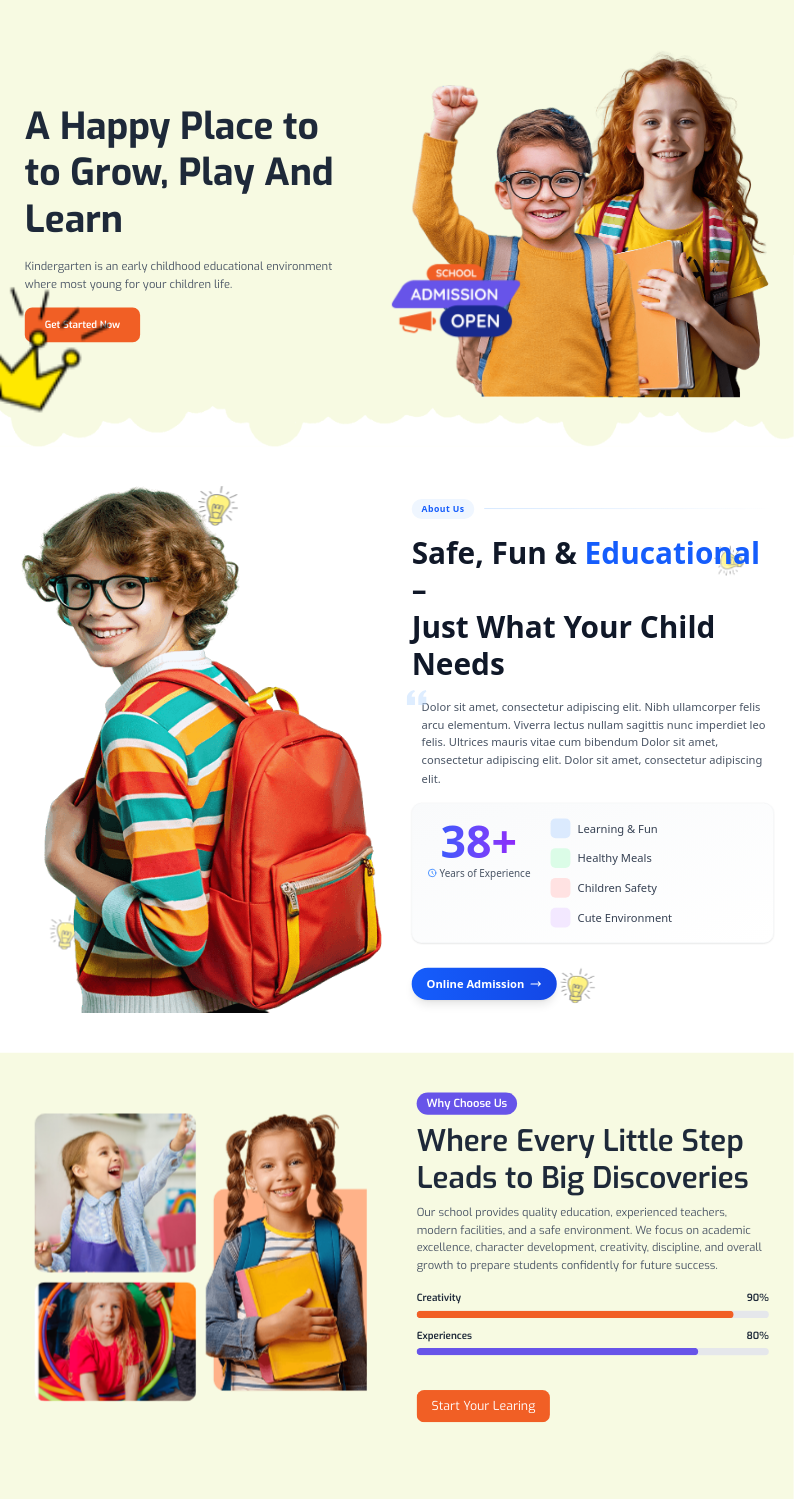
Repository: deepak445566/school
Page: / (app in okwork/)
An editor plug-in stored every save of this project. The page is shown before and after the next save, followed by the edit.
The browser window is 1280 px wide. The pictures show the whole page, at 62% of full size.
Some web fonts or font styles are not loaded; a fallback is used. The project was rebuilt for these pictures with package versions that can differ from the ones it lists, and the page was loaded fresh each time. Some packages were replaced by stand-ins written for this rebuild. Also part of the build but not shown: okwork/vite.config.js.

Above is the page before, as saved 2026-02-18 19:08:40.

### okwork/index.html
<!doctype html>
<html lang="en">
  <head>
    <meta charset="UTF-8" />
    <link rel="icon" type="image/svg+xml" href="/vite.svg" />
    <meta name="viewport" content="width=device-width, initial-scale=1.0" />
    <title>okwork</title>
    <link rel="preconnect" href="https://fonts.googleapis.com">
<link rel="preconnect" href="https://fonts.gstatic.com" crossorigin>
<link href="https://fonts.googleapis.com/css2?family=Abril+Fatface&family=Alan+Sans:wght@300..900&family=Big+Shoulders:opsz,wght@10..72,100..900&family=Exo+2:ital,wght@0,100..900;1,100..900&family=Exo:ital,wght@0,100..900;1,100..900&family=Montserrat:ital,wght@0,100..900;1,100..900&family=Orbitron:wght@400..900&family=Poppins:ital,wght@0,100;0,200;0,300;0,400;0,500;0,600;0,700;0,800;0,900;1,100;1,200;1,300;1,400;1,500;1,600;1,700;1,800;1,900&family=Prata&family=Rajdhani:wght@300;400;500;600;700&display=swap" rel="stylesheet">
  </head>
  <body>
    <div id="root"></div>
    <script type="module" src="/src/main.jsx"></script>
  </body>
</html>

### okwork/src/index.css
@import "tailwindcss";


.exo {
  font-family: "Exo", sans-serif;

  font-style: normal;
}

### okwork/src/App.jsx
import React from 'react'
import Home from './components/Home'
import About from './components/About'
import WhyChooseUs from './components/WhyChooseUs'

function App() {
  return (
    <>
    <Home/>
    <About/>
    <WhyChooseUs/>
    </>
  )
}

export default App

### okwork/src/components/Home.jsx
import React from "react";

const Home = () => {
  // Image URL - using a high-quality free image
  const imageUrl =
    "/images/hero1.png";
  const kalagiImageUrl = "/images/text.png";
  return (
    <div className="min-h-screen bg-[#F7FAE2] overflow-hidden exo relative ">
      {/* Main container - centered with responsive padding */}
      <div className="container mx-auto px-6 py-12 md:px-12 lg:px-10 min-h-screen flex items-center relative z-10">

        {/* Flex container: column on mobile, row on desktop */}
        <div className="flex flex-col md:flex-row items-center gap-12 lg:gap-5 w-full">

          {/* LEFT SECTION: 40% width */}
          <div className="w-full md:w-[45%] text-center md:text-left space-y-6 md:space-y-6">
            {/* Heading with gradient effect */}
            <h1 className="text-4xl text-gray-800 md:text-5xl lg:text-6xl font-bold leading-tight exo">
             A Happy Place to
              <br />
              <span className="text-gray-800">to Grow, Play And </span>
              <br />
              <span className="text-gray-800">   Learn</span>
            </h1>

            {/* Paragraph description */}
            <p className="text-lg md:text-lg text-gray-600 max-w-2xl mx-auto md:mx-0">
           Kindergarten is an early childhood educational environment where
most young for your children life.
            </p>

            {/* Button with hover effects */}
            <div className="flex justify-center md:justify-start">
              <button className="group relative px-8 py-4 bg-[#F15F25] text-white font-semibold rounded-xl float hover:shadow-xl hover:transform hover:-translate-y-1 transition-all duration-300 ease-in-out">
                <span className="relative z-10">Get Started Now</span>
              </button>
            </div>
          </div>

          {/* RIGHT SECTION: 60% width */}
          <div className="w-full md:w-[55%] flex justify-center md:justify-end">
            <div className="relative w-full max-w-md lg:max-w-xl ">
              {/* Main image */}
              <img
                src={imageUrl}
                alt="Team collaboration in modern workspace"
                className="relative z-10 w-full h-auto rounded-2xl object-cover "
              />
               <img
                src={kalagiImageUrl}
                alt="Decorative element"
                className="absolute bottom-0 left-7 lg:left-0 z-20 w-24 h-24 md:w-52 md:h-52 object-contain -translate-x-4 -translate-y-4 animate-bounce-slow"
              />
            </div>
          </div>
        </div>

      </div>
        <div className=" absolute bottom-0  z-1000">
          <img src="/images/hero-line.png" className="w-full"/>
        </div>

      {/* Add custom animation keyframes */}
       <style jsx>{`
        @keyframes blob {
          0% { transform: translate(0px, 0px) scale(1); }
          33% { transform: translate(30px, -50px) scale(1.1); }
          66% { transform: translate(-20px, 20px) scale(0.9); }
          100% { transform: translate(0px, 0px) scale(1); }
        }

        @keyframes float {
          0% {
            transform: translateY(0px);
          }
          50% {
            transform: translateY(-20px);
          }
          100% {
            transform: translateY(0px);
          }
        }

        @keyframes bounce-slow {
          0%, 100% {
            transform: translate(-1rem, -1rem) translateY(0);
          }
          50% {
            transform: translate(-1rem, -1rem) translateY(-20px);
          }
        }

        .animate-blob {
          animation: blob 7s infinite;
        }

        .animate-float {
          animation: float 6s ease-in-out infinite;
        }

        .animate-bounce-slow {
          animation: bounce-slow 4s ease-in-out infinite;
        }

        .animation-delay-2000 {
          animation-delay: 2s;
        }
      `}</style>
    </div>
  );
};

export default Home;

### okwork/src/components/About.jsx
import React from 'react';

// Import images at the top for easy path management


const About = () => {
  const bulbIcon =
    "/images/tubelight.png";
    const starIcon =
    "/images/tubelight.png";
    const aboutImage =
    "/images/about-1.png";
  return (
    <div className="max-w-7xl mx-auto px-4 sm:px-6 lg:px-8 py-12 md:py-16 relative">
      {/* Animated elements - increased size */}
      <div className="absolute top-20 left-1/4 animate-bounce">
        <img src={bulbIcon} alt="bulb" className="w-16 h-16 opacity-50" />
      </div>
      <div className="absolute bottom-20 right-1/4 animate-pulse">
        <img src={starIcon} alt="star" className="w-14 h-14 opacity-50" />
      </div>
      <div className="absolute top-40 right-20 animate-spin-slow">
        <img src={starIcon} alt="star" className="w-12 h-12 opacity-40" />
      </div>
      <div className="absolute bottom-40 left-20 animate-float">
        <img src={bulbIcon} alt="bulb" className="w-14 h-14 opacity-40" />
      </div>

      <div className="flex flex-col lg:flex-row gap-8 lg:gap-12 items-center relative z-10">
        {/* Left side - Image */}
        <div className="lg:w-1/2 w-full">
          <img
            src={aboutImage}
            alt="About Us"
            className="w-full h-auto rounded-lg object-cover "
          />
        </div>

        {/* Right side - Content */}
        <div className="lg:w-1/2 w-full space-y-6">
          {/* About Us Label with decorative line */}
          <div className="flex items-center gap-4">
            <span className="text-sm font-semibold text-blue-600 tracking-wider bg-blue-50 px-4 py-1.5 rounded-full">
              About Us
            </span>
            <div className="h-px flex-1 bg-gradient-to-r from-blue-200 to-transparent"></div>
          </div>

          {/* Main Heading */}
          <h1 className="font-helvetica text-4xl md:text-5xl font-bold text-gray-900 leading-tight">
            Safe, Fun & <span className="text-blue-600">Educational</span> –<br />
            Just What Your Child Needs
          </h1>

          {/* Description with quote icon */}
          <div className="relative">
            <svg className="absolute -top-4 -left-2 w-8 h-8 text-blue-200 opacity-50" fill="currentColor" viewBox="0 0 24 24">
              <path d="M14.017 21v-7.391c0-5.704 3.731-9.57 8.983-10.609l.995 2.151c-2.432.917-3.995 3.638-3.995 5.849h4v10h-9.983zm-14.017 0v-7.391c0-5.704 3.748-9.57 9-10.609l.996 2.151c-2.433.917-3.996 3.638-3.996 5.849h3.983v10h-9.983z" />
            </svg>
            <p className="text-gray-600 text-base md:text-lg leading-relaxed pl-4">
              Dolor sit amet, consectetur adipiscing elit. Nibh ullamcorper felis arcu elementum.
              Viverra lectus nullam sagittis nunc imperdiet leo felis. Ultrices mauris vitae cum
              bibendum Dolor sit amet, consectetur adipiscing elit. Dolor sit amet, consectetur
              adipiscing elit.
            </p>
          </div>

          {/* Stats and Features - Improved UI */}
          <div className="bg-gradient-to-br from-gray-50 to-white p-6 rounded-2xl border border-gray-100 shadow-sm">
            <div className="flex flex-wrap items-start gap-8">
              {/* Left side - 38+ Experience with improved styling */}
              <div className="flex-shrink-0 text-center">
                <div className="text-6xl md:text-7xl font-bold text-transparent bg-clip-text bg-gradient-to-r from-blue-600 to-purple-600">
                  38+
                </div>
                <div className="text-gray-600 mt-1 font-medium flex items-center gap-1">
                  <svg className="w-4 h-4 text-blue-500" fill="none" stroke="currentColor" viewBox="0 0 24 24">
                    <path strokeLinecap="round" strokeLinejoin="round" strokeWidth={2} d="M12 8v4l3 3m6-3a9 9 0 11-18 0 9 9 0 0118 0z" />
                  </svg>
                  Years of Experience
                </div>
              </div>

              {/* Right side - Features list with improved styling */}
              <div className="space-y-4 flex-1">
                {/* Learning & Fun */}
                <div className="flex items-center gap-3 group hover:translate-x-1 transition-transform duration-300">
                  <div className="w-8 h-8 bg-blue-100 rounded-lg flex items-center justify-center group-hover:bg-blue-200 transition-colors">

                  </div>
                  <span className="text-gray-700 text-lg font-medium">Learning & Fun</span>
                </div>

                {/* Healthy Meals */}
                <div className="flex items-center gap-3 group hover:translate-x-1 transition-transform duration-300">
                  <div className="w-8 h-8 bg-green-100 rounded-lg flex items-center justify-center group-hover:bg-green-200 transition-colors">

                  </div>
                  <span className="text-gray-700 text-lg font-medium">Healthy Meals</span>
                </div>

                {/* Children Safety */}
                <div className="flex items-center gap-3 group hover:translate-x-1 transition-transform duration-300">
                  <div className="w-8 h-8 bg-red-100 rounded-lg flex items-center justify-center group-hover:bg-red-200 transition-colors">

                  </div>
                  <span className="text-gray-700 text-lg font-medium">Children Safety</span>
                </div>

                {/* Cute Environment */}
                <div className="flex items-center gap-3 group hover:translate-x-1 transition-transform duration-300">
                  <div className="w-8 h-8 bg-purple-100 rounded-lg flex items-center justify-center group-hover:bg-purple-200 transition-colors">

                  </div>
                  <span className="text-gray-700 text-lg font-medium">Cute Environment</span>
                </div>
              </div>
            </div>
          </div>

          {/* Online Admission Link with improved styling */}
          <div className="pt-4">
            <a
              href="#"
              className="inline-flex items-center gap-2 text-lg font-semibold text-white bg-gradient-to-r from-blue-600 to-blue-700 hover:from-blue-700 hover:to-blue-800 px-6 py-3 rounded-full shadow-lg hover:shadow-xl transition-all duration-300 group"
            >
              Online Admission
              <svg className="w-5 h-5 group-hover:translate-x-1 transition-transform" fill="none" stroke="currentColor" viewBox="0 0 24 24">
                <path strokeLinecap="round" strokeLinejoin="round" strokeWidth={2} d="M17 8l4 4m0 0l-4 4m4-4H3" />
              </svg>
            </a>
          </div>
        </div>
      </div>

      {/* Add custom animations to your global CSS */}
      <style jsx>{`
        @keyframes spin-slow {
          from {
            transform: rotate(0deg);
          }
          to {
            transform: rotate(360deg);
          }
        }
        .animate-spin-slow {
          animation: spin-slow 8s linear infinite;
        }

        @keyframes float {
          0%, 100% {
            transform: translateY(0px);
          }
          50% {
            transform: translateY(-20px);
          }
        }
        .animate-float {
          animation: float 5s ease-in-out infinite;
        }
      `}</style>
    </div>
  );
};

export default About;

### okwork/src/components/WhyChooseUs.jsx
import React from "react";

const WhyChooseUs = () => {
  return (
    <div className="min-h-screen bg-[#F7FAE2] overflow-hidden exo py-16">
      <div className="container mx-auto px-6 md:px-12 lg:px-10">

        {/* Flex container: column on mobile, row on desktop */}
        <div className="flex flex-col md:flex-row items-center gap-12 lg:gap-16">

          {/* LEFT SECTION - Pinterest style 3 images */}
          <div className="w-full md:w-1/2">
            <div className="grid grid-cols-2 gap-4 lg:p-4">
              {/* Left column - 2 images stacked */}
              <div className="space-y-4">
                {/* Top left image */}
                <div className="relative overflow-hidden rounded-2xl transition-all duration-300 transform hover:-translate-y-1">
                  <img
                    src="/images/choose2.jpg" // Replace with your image path
                    alt="Pinterest style 1"
                    className="w-full h-64 object-cover"
                  />
                </div>

                {/* Bottom left image */}
                <div className="relative overflow-hidden rounded-2xl transition-all duration-300 transform hover:-translate-y-1">
                  <img
                    src="/images/choose1.png" // Replace with your image path
                    alt="Pinterest style 2"
                    className="w-full h-48 object-cover"
                  />
                </div>
              </div>

              {/* Right column - 1 tall image */}
              <div className="relative overflow-hidden rounded-2xl transition-all duration-300 transform hover:-translate-y-1 ">
                <img
                  src="/images/choose3.png" // Replace with your image path
                  alt="Pinterest style 3"
                  className="w-full h-[28rem] object-cover"
                />
              </div>
            </div>
            <div>
             <img
                src="/images/coun-shape.png"
                alt="Decorative element"
                className="absolute bottom-0 left-7 lg:left-0 z-20 w-24 h-24 md:w-52 md:h-52 object-contain -translate-x-4 -translate-y-4 animate-bounce-slow"
              />
            </div>
          </div>

          {/* RIGHT SECTION - Content (same as before) */}
          <div className="w-full md:w-1/2 space-y-3 exo">
            {/* Small heading */}
            <h2 className="text-white bg-[#6754E9] rounded-4xl w-fit  text-lg  px-4  py-1 font-semibold ">
              Why Choose Us
            </h2>

            {/* Main heading */}
            <h1 className="text-3xl md:text-4xl lg:text-5xl font-semibold text-gray-800 leading-tight">
              Where Every Little Step <br />
              Leads to Big Discoveries
            </h1>

            {/* Description */}
            <p className="text-gray-600 text-base md:text-lg max-w-2xl ">
             Our school provides quality education, experienced teachers, modern facilities, and a safe environment. We focus on academic excellence, character development, creativity, discipline, and overall growth to prepare students confidently for future success.
            </p>

            {/* Early Learning section */}
            <div className="space-y-4 pt-4">


              {/* Progress bars */}
              <div className="space-y-4 pt-">
                {/* Creativity */}
                <div className="space-y-2">
                  <div className="flex justify-between items-center">
                    <span className="text-gray-800 font-semibold">Creativity</span>
                    <span className="text-gray-800 font-semibold">90%</span>
                  </div>
                  <div className="w-full h-3 bg-gray-200 rounded-full overflow-hidden">
                    <div
                      className="h-full bg-[#F15F25] rounded-full"
                      style={{ width: '90%' }}
                    ></div>
                  </div>
                </div>

                {/* Experiences */}
                <div className="space-y-2">
                  <div className="flex justify-between items-center">
                    <span className="text-gray-800 font-semibold">Experiences</span>
                    <span className="text-gray-800 font-semibold">80%</span>
                  </div>
                  <div className="w-full h-3 bg-gray-200 rounded-full overflow-hidden">
                    <div
                      className="h-full bg-[#6754E9] rounded-full"
                      style={{ width: '80%' }}
                    ></div>
                  </div>
                </div>
              </div>
               <button className="group relative px-6 py-3 bg-[#F15F25] text-xl text-white  rounded-xl float hover:shadow-xl hover:transform hover:-translate-y-1 transition-all duration-300 ease-in-out mt-10">
                <span className="relative z-10">Start Your Learing</span>
              </button>
            </div>
          </div>
        </div>

      </div>
    </div>
  );
};

export default WhyChooseUs;

Loaded but not shown: okwork/src/main.jsx (common file)

After the next save:
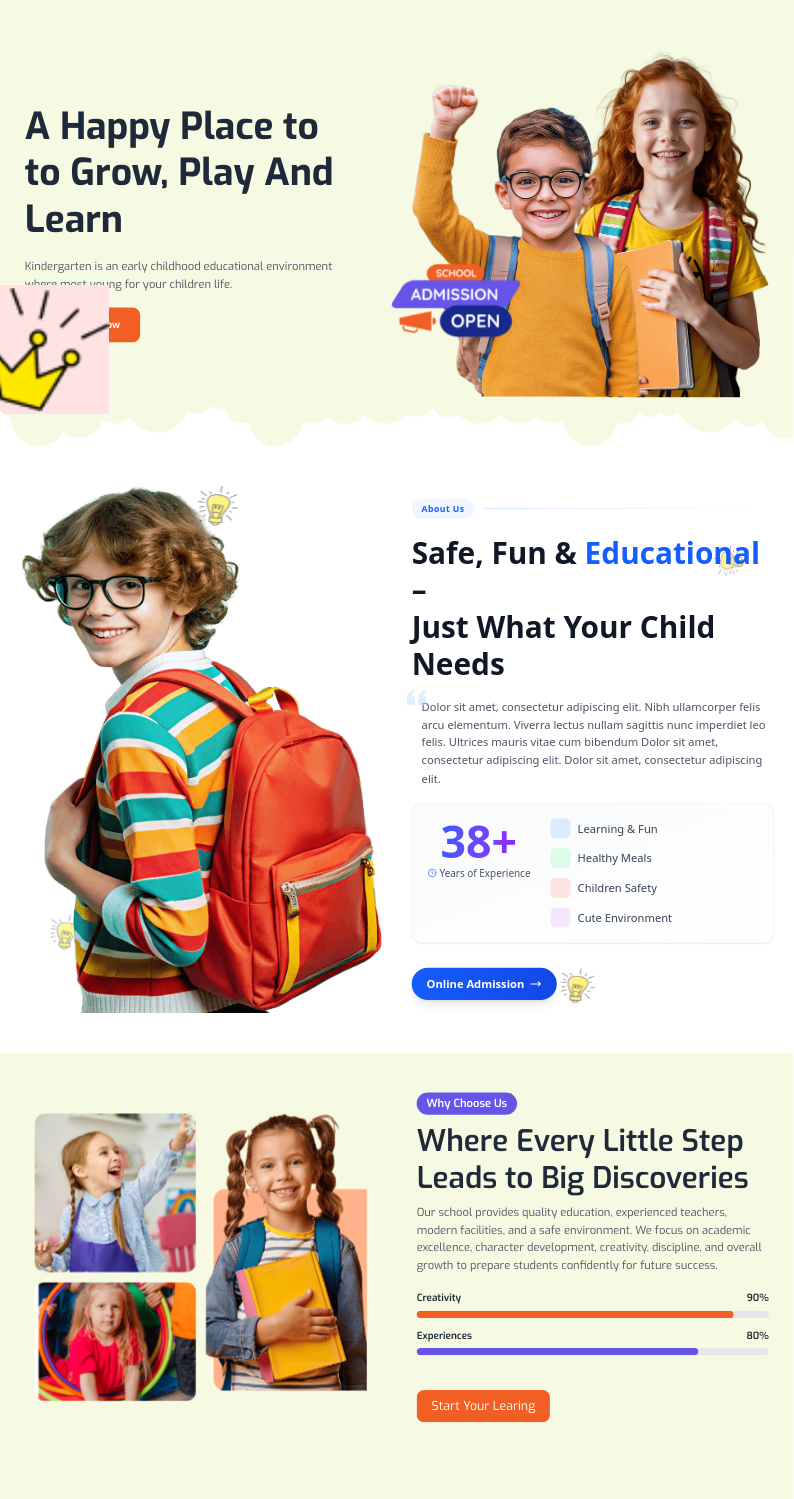
Saved 18 s later.
--- a/okwork/src/components/WhyChooseUs.jsx
+++ b/okwork/src/components/WhyChooseUs.jsx
@@ -45,7 +45,7 @@
              <img
                 src="/images/coun-shape.png"
                 alt="Decorative element"
-                className="absolute bottom-0 left-7 lg:left-0 z-20 w-24 h-24 md:w-52 md:h-52 object-contain -translate-x-4 -translate-y-4 animate-bounce-slow"
+                className="absolute bottom-0 left-7 lg:left-0 z-20 w-24 h-24 md:w-52 md:h-52 object-contain -translate-x-4 -translate-y-4 animate-bounce-slow bg-red-100"
               />
             </div>
           </div>

After the save that followed:
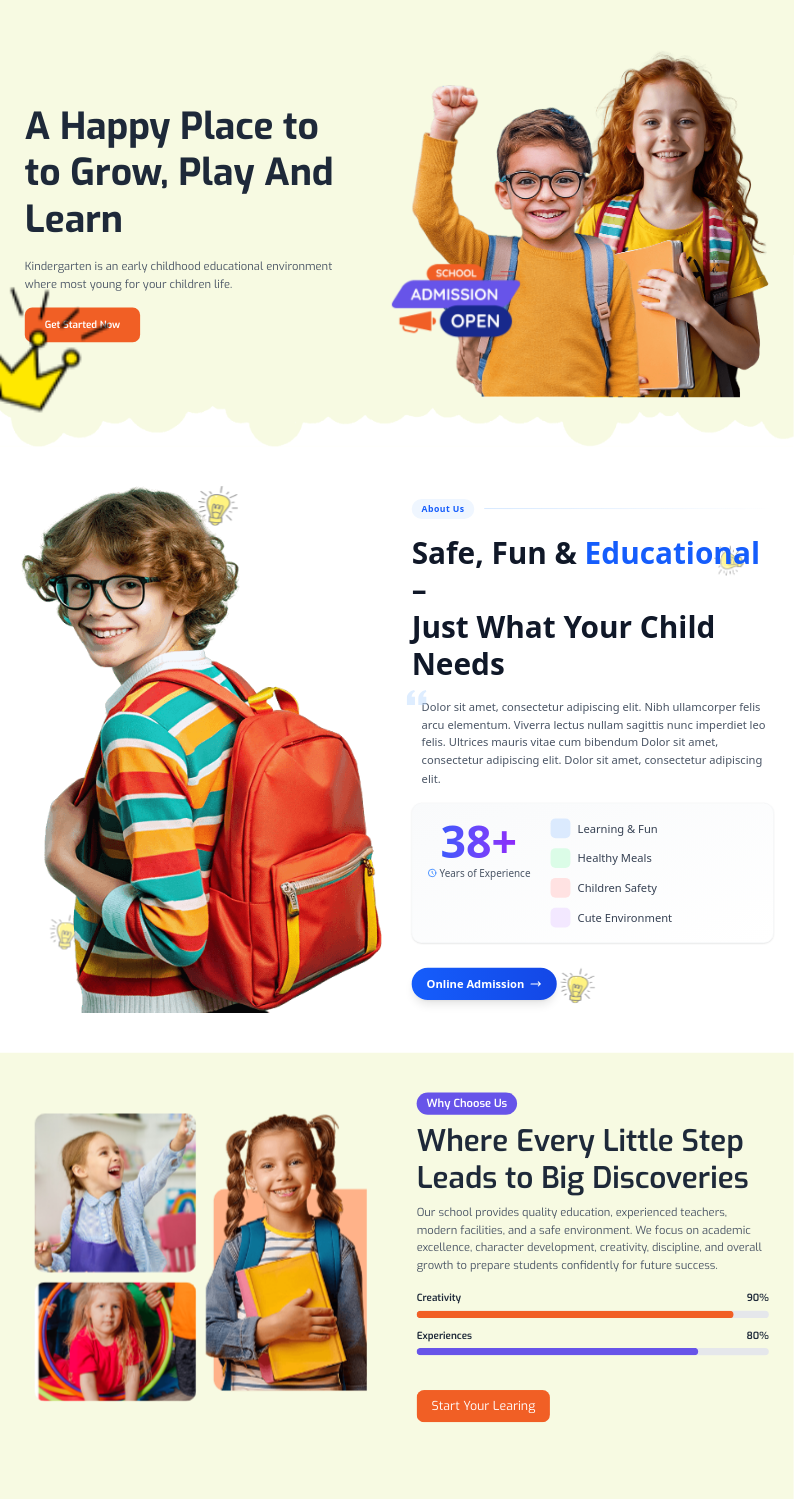
Saved 7 s later.
--- a/okwork/src/components/WhyChooseUs.jsx
+++ b/okwork/src/components/WhyChooseUs.jsx
@@ -45,7 +45,7 @@
              <img
                 src="/images/coun-shape.png"
                 alt="Decorative element"
-                className="absolute bottom-0 left-7 lg:left-0 z-20 w-24 h-24 md:w-52 md:h-52 object-contain -translate-x-4 -translate-y-4 animate-bounce-slow bg-red-100"
+                className="absolute bottom-0 left-7 lg:left-0 z-20 w-24 h-24 md:w-52 md:h-52 object-contain -translate-x-4 -translate-y-4 animate-bounce-slow "
               />
             </div>
           </div>
